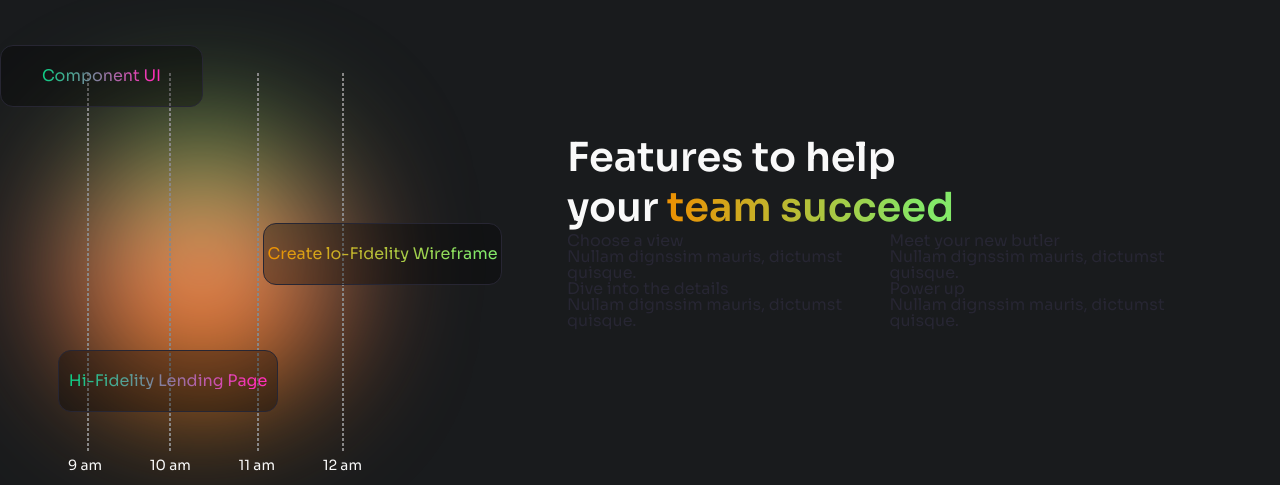
Repository: anhthiethumg/Task_Managerment_Website
Page: index.html
The author's editor kept a copy of each file at every save. The page is drawn from the files as they stood at one save, then again after a run of saves.
The browser window is 1280 px wide. The pictures show the part of the page from y = 2400 to 2885 px (the page is 2885 px tall).
A picture or video elsewhere on the page could not be fetched, so the positions and the page height are approximate.

Above is the page before, as saved 2023-07-31 09:07:35.

### index.html
<!DOCTYPE html>
<html lang="en">
  <head>
    <meta charset="UTF-8" />
    <meta name="viewport" content="width=device-width, initial-scale=1.0" />
    <title>Task Managerment Website</title>
    <!-- Reset Css -->
    <link rel="stylesheet" href="./assets/css/reset.css" />

    <!-- CSS -->
    <link rel="stylesheet" href="./assets/css/styles.css" />

    <!-- Embed Font-->

    <link rel="preconnect" href="https://fonts.googleapis.com" />
    <link rel="preconnect" href="https://fonts.gstatic.com" crossorigin />
    <link
      href="https://fonts.googleapis.com/css2?family=Sora:wght@400;600;700;800&display=swap"
      rel="stylesheet"
    />
  </head>
  <body>
    <!-- Header -->
    <section class="header">
      <div class="container">
        <navbar class="row nav">
          <img src="./assets/image/logo.svg" alt="Task." />
          <div class="nav-list">
            <a class="nav-item" href="#!">Home</a>
            <a class="nav-item" href="#!">Products</a>
            <a class="nav-item" href="#!">Guidlines</a>
            <a class="nav-item" href="#!">Guidlines</a>
          </div>
          <button class="btn nav-btn">Sign In</button>
        </navbar>
        <section class="hero">
          <div class="row hero__content">
            <div class="stacked-circles">
              <div class="circles"></div>
              <div class="circles"></div>
              <div class="circles"></div>
              <div class="circles"></div>
            </div>
            <div class="hero--content__heading">
              <h1 class="hero__heading">
                Make <span class="heading__liner">Management</span> Way More
                Easier Than Ever
              </h1>
              <p class="hero__desc section-desc">
                The online collaborative management platform to bring more
                efficiency and performace
              </p>
              <div class="hero-btn row">
                <button type="button" class="btn hero__btn">
                  Request Demo
                </button>
                <button type="button" class="btn hero__btn">Contact Us</button>
              </div>
            </div>
            <div class="stacked-circles">
              <div class="circles"></div>
              <div class="circles"></div>
              <div class="circles"></div>
              <div class="circles"></div>
            </div>
          </div>
          <section class="task-manager row">
            <sidebar class="sidebar">
              <div class="row sidebar__header">
                <img
                  src="./assets/icons/icon-sidebar.svg"
                  alt="icon-sidebar"
                  class="icon__sidebar"
                />
                <img
                  src="./assets/icons/dashboard-icon.svg"
                  alt="dashboard-icon"
                  class="dashboard-icon"
                />
                <h4 class="sidebar__heading">Dashboard</h4>
              </div>
              <div class="sidebar__list">
                <h4 class="sidebar__list--heading">Collections</h4>
                <div class="sidebar__list--item">
                  <h5 class="sidebar__item--content">School</h5>
                </div>
                <div class="sidebar__list--item">
                  <h5 class="sidebar__item--content">Personal</h5>
                </div>
              </div>
            </sidebar>
            <section class="task-manager__section">
              <div class="task__header row">
                <img src="./assets/icons/school.png" alt="Back" class="back" />
                <img
                  src="./assets/icons/contact us icon.png"
                  alt="Contact"
                  class="contact-us"
                />
              </div>
              <div class="task__content row">
                <div class="list--work">
                  <div class="list-sort">Sort</div>
                  <div class="work--item">Finish the Easay collaboration</div>
                  <div class="work--item">Do the math for next monday</div>
                  <div class="work--item">
                    Read the next chapter of the book
                  </div>
                  <div class="work--item">
                    Send the collabaration files to jerusha
                  </div>
                  <div class="work--item">
                    Finish the powerpoint presentation
                  </div>
                  <div class="work--item">Add task</div>
                </div>
                <div class="daily-task">
                  <div class="dailytask__heading">Daily task.</div>
                  <img
                    class="dailytask__img"
                    src="./assets/image/Rectangle 50.png"
                    alt="Daily task"
                  />
                </div>
              </div>
              <div class="card">
                <div class="card__heading">Collections</div>
                <div class="card__list">
                  <div class="card__item">
                    <div class="card__item--icon"></div>
                    <div class="card__item--content">
                      <h4 class="card__item--title">School</h4>
                      <p class="card__item--desc">4 task plus tomorrow.</p>
                    </div>
                  </div>
                  <div class="card__item">
                    <div class="card__item--icon"></div>
                    <div class="card__item--content">
                      <h4 class="card__item--title">Personal</h4>
                      <p class="card__item--desc">1 task plus today.</p>
                    </div>
                  </div>
                  <div class="card__item">
                    <div class="card__item--icon"></div>
                    <div class="card__item--content">
                      <h4 class="card__item--title">Design</h4>
                      <p class="card__item--desc">3 task plus rewt week.</p>
                    </div>
                  </div>
                </div>
              </div>
            </section>
          </section>
        </section>
      </div>
    </section>

    <!-- Main -->
    <main class="main">
      <div class="container">
        <!-- Services -->
        <section class="services">
          <div class="services__icon--list">
            <div class="services__icon--bg">
              <img
                src="./assets/icons/report.png"
                alt="Report"
                class="services__icon"
              />
            </div>
            <img src="./assets/icons/dash line-1.svg" alt="dash-line" />
            <div class="services__icon--bg">
              <img
                src="./assets/icons/server.png"
                alt="Server"
                class="services__icon"
              />
            </div>

            <img src="./assets/icons/dash line-1.svg" alt="dash-line" />
            <div class="services__icon--bg">
              <img
                src="./assets/icons/support.png"
                alt="Support"
                class="services__icon"
              />
            </div>
          </div>
          <div class="services__list row">
            <div class="services__items">
              <h3 class="services__heading">Structured Reports</h3>
              <p class="services__desc">
                Sed rhoncus sit sed tellus donec lorem lectus nunc, ornare
              </p>
            </div>
            <div class="services__items">
              <h3 class="services__heading">Cloud System</h3>
              <p class="services__desc">
                Sed rhoncus sit sed tellus donec lorem lectus nunc, ornare
              </p>
            </div>
            <div class="services__items">
              <h3 class="services__heading">24/7 Support</h3>
              <p class="services__desc">
                Sed rhoncus sit sed tellus donec lorem lectus nunc, ornare
              </p>
            </div>
          </div>
        </section>

        <!-- Static -->

        <section class="static row">
          <section class="static__content">
            <h2 class="static__heading section__heading">
              Okay, <span class="heading__liner">Let’s</span> see D’task in
              numbers
            </h2>
            <p class="static__desc section__desc">
              Powering a productive team means using a powerful tool (and plenty
              of snacks). From meetings and projects to events and goal setting,
              D'taak intuitive features give any team the ability to quickly set
              up and customize workflows for just about anything
            </p>
            <div class="static__dot row">
              <div class="dot"></div>
              <div class="dot"></div>
              <div class="dot"></div>
            </div>
            <div class="static__list row">
              <div class="static__item">
                <div class="static--item__number">12M</div>
                <div class="static--item__title">Support</div>
              </div>
              <div class="static__item">
                <div class="static--item__number">16</div>
                <div class="static--item__title">Active User</div>
              </div>
              <div class="static__item">
                <div class="static--item__number">7/24</div>
                <div class="static--item__title">Languages</div>
              </div>
            </div>
          </section>
          <div class="static__media">
            <img
              class="static--media__bg"
              src="./assets/image/static_background.svg"
              alt="background"
            />
            <div class="dash-shape"></div>
            <div class="dash-shape"></div>
            <div class="dash-shape"></div>
            <div class="dash-shape"></div>
            <!-- <div class="static--media__item row">
              <h3 class="static--media__title ">
                <span class="heading__liner">Online Support</span>
              </h3>
              <img class="static--media__icons" src = "./assets/icons/video-button.svg"/>
            </div>
            <div class="static--media__item row">
              <h3 class="static--media__title ">
                <span class="heading__liner">Exercitation</span>
              </h3>
              <img class="static--media__icons" src = "./assets/icons/Exercitation-icon.svg"/>
            </div>
            <div class="static--media__item row">
              <h3 class="static--media__title ">
                <span class="heading__liner">D’ task</span>
              </h3>
              <img class="static--media__icons" src = "./assets/icons/video-button.svg"/>
            </div>
            <div class="static--media__item row">
              <h3 class="static--media__title ">
                <span class="heading__liner">Design</span>
              </h3>
              <img class="static--media__icons" src = "./assets/icons/video-button.svg"/>
            </div> -->
          </div>
        </section>
      </div>
      <!-- Features -->
      <section class="features">
        <div class="container row">
          <div class="feature__meida">
            <div class="shape--blur"></div>
            <div class="block--line">
              <div class="dash--line">
                <div class="line"></div>
                <div class="dash-line__content">9 am</div>
              </div>
              <div class="dash--line">
                <div class="line"></div>
                <div class="dash-line__content">10 am</div>
              </div>
              <div class="dash--line">
                <div class="line"></div>
                <div class="dash-line__content">11 am</div>
              </div>
              <div class="dash--line">
                <div class="line"></div>
                <div class="dash-line__content">12 am</div>
              </div>
            </div>
            <div class="feature--btn">
              <div class="feature__btn btn">
                <span class="heading__liner"> Component UI </span>
              </div>
              <div class="feature__btn btn">
                <span class="heading__liner">
                  Create lo-Fidelity Wireframe
                </span>
              </div>
              <div class="feature__btn btn">
                <span class="heading__liner"> Hi-Fidelity Lending Page </span>
              </div>
            </div>
          </div>
          <div class="feature__content">
            <h2 class="section__heading feature__heading">
              Features to help your
              <span class="heading__liner"> team succeed </span>
            </h2>
            <div class="feature__list">
              <div class="feature__item">
                <h3 class="feature--item__title">Choose a view</h3>
                <p class="feature__desc">
                  Nullam dignssim mauris, dictumst quisque.
                </p>
              </div>
              <div class="feature__item">
                <h3 class="feature--item__title">Meet your new butler</h3>
                <p class="feature__desc">
                  Nullam dignssim mauris, dictumst quisque.
                </p>
              </div>
              <div class="feature__item">
                <h3 class="feature--item__title">Dive into the details</h3>
                <p class="feature__desc">
                  Nullam dignssim mauris, dictumst quisque.
                </p>
              </div>
              <div class="feature__item">
                <h3 class="feature--item__title">Power up</h3>
                <p class="feature__desc">
                  Nullam dignssim mauris, dictumst quisque.
                </p>
              </div>
            </div>
          </div>
        </div>
      </section>
    </main>
  </body>
</html>

### assets/css/styles.css
* {
  box-sizing: border-box;
}

html {
  font-size: 62.5%;
}

:root {
  color: var(--text-color-gray-2, #282c30);
  color: var(--text-color-white, #f9f9f9);
  color: var(
    --primary-color-leniar-color,
    linear-gradient(90deg, #eb9204 1.67%, #83e868 89.99%)
  );
  color: var(--primary-color-background, #131517);
  color: var(--text-color-dark-blue, #272633);
}

body {
  font-size: 1.6rem;
  font-family: "Sora", sans-serif;
  background: var(--primary-color-background, #131517);
}

/* Common */

a {
  text-decoration: none;
}

.container {
  width: 1144px;
  margin: 0 auto;
}

.row {
  display: flex;
}

.btn {
  width: 110px;
  height: 40px;
  border-radius: 8px;
  border: 1px solid var(--text-color-dark-blue, #272633);
  background: #131517;
  text-align: center;
}

.section__desc {
  color: var(--text-color-gray-1, #858b93);
  text-align: center;
  font-size: 1.6rem;
  font-weight: 400;
  line-height: 1.625;
}

.section__heading {
  color: var(--text-color-white, #f9f9f9);
  font-size: 4rem;
  font-weight: 600;
}
/* Header */

.header {
  margin-top: 40px;
  margin-bottom: 140px;
  padding-top: 10px;
}

/* Navbar */

.nav {
  justify-content: space-between;
  align-items: center;
  height: 40px;
  margin-bottom: 157px;
}

.nav-item {
  margin-right: 36px;
  color: var(--text-color-gray-1, #858b93);
  font-size: 1.6rem;
  font-weight: 400;
  line-height: 1.5;
}

.nav-item:hover {
  color: var(--text-color-white, #f9f9f9);
  text-decoration: underline;
}

.nav-btn {
  background: var(
    --primary-color-leniar-color,
    linear-gradient(90deg, #eb9204 1.67%, #83e868 89.99%)
  );
  background-clip: text;
  -webkit-background-clip: text;
  -webkit-text-fill-color: transparent;
  font-size: 1.6rem;
  font-weight: 400;
  line-height: 1.5;
}

/* hero-content */
.hero__content {
  padding: 0 25px;
  justify-content: space-between;
}
.hero__heading {
  margin: 0 auto 34px;
  width: 783px;
  color: var(--text-color-white, #f9f9f9);
  text-align: center;
  font-size: 6rem;
  font-weight: 700;
  line-height: 1.17;
}

.heading__liner {
  background: var(
    --primary-color-leniar-color,
    linear-gradient(90deg, #eb9204 1.67%, #83e868 89.99%)
  );
  background-clip: text;
  -webkit-background-clip: text;
  -webkit-text-fill-color: transparent;
}

.hero__desc {
  width: 447px;
  margin: 0 auto 44px;
}

.hero-btn {
  justify-content: center;
  gap: 30px;
}

.hero__btn {
  margin-bottom: 111px;
  width: 199px;
  height: 54px;
  color: var(--text-color-white, #f9f9f9);
  font-size: 1.6rem;
  font-weight: 400;
  line-height: 1.625;
}

.hero__btn:hover {
  background: var(
    --primary-color-leniar-color,
    linear-gradient(90deg, #eb9204 1.67%, #83e868 89.99%)
  );
}

/* hero circle */

.stacked-circles {
  display: flex;
  flex-direction: column;
  align-items: center;
  margin-top: -75px;
}

.circles {
  fill: linear-gradient(180deg, #111118 4.96%, rgba(43, 43, 61, 0) 100%);
  box-shadow: 0px 39px 31px 0px #313141 inset;
  border-radius: 50%;
}
.circles:first-child {
  width: 121px;
  height: 121px;
  margin-bottom: 41px;
}

.circles:nth-child(2) {
  width: 39px;
  height: 39px;
  margin-bottom: 36px;
}

.circles:nth-child(3) {
  width: 25px;
  height: 25px;
  margin-bottom: 39px;
}

.circles:last-child {
  width: 14px;
  height: 14px;
  flex-shrink: 0;
}

/* task manager */

.task-manager {
  width: 848px;
  height: 366px;
  border-radius: 8px 8px 0px 0px;
  background: #1f2326;
  margin-left: 180px;
}

.sidebar {
  padding: 18px 0 0 16px;
}

.sidebar__header {
  width: 192px;
  height: 39px;
  align-items: center;
}

.icon__sidebar {
  width: 9px;
  height: 9px;
  margin-right: 25px;
}

.dashboard-icon {
  width: 13px;
  height: 11px;
  margin-right: 17px;
}

.sidebar__heading {
  color: #98989c;
  font-size: 1.4rem;
  font-weight: 600;
}

.sidebar__list--heading {
  margin: 15px 0 15px;
  color: var(--text-color-white, #f9f9f9);
  font-size: 1.4rem;
  font-weight: 600;
}

.sidebar__list--item {
  width: 192px;
  height: 39px;
  display: flex;
  align-items: center;
}

.sidebar__list--item:hover {
  background: #2b2d2f;
}
.sidebar__item--content {
  color: var(--text-color-gray-1, #858b93);
  font-size: 1.2rem;
  font-weight: 600;
  opacity: 0.6000000238418579;
  display: flex;
  align-items: center;
}

.sidebar__item--content::before {
  display: inline-block;
  content: " ";
  width: 17px;
  height: 17px;
  border-radius: 5px;
  background: #ae8ff9;
  margin-right: 10px;
}

.task-manager__section {
  position: relative;
  margin-top: 28px;
  margin-right: 15px;
  background: #0d1012;
  width: 100%;
  padding: 30px;
}

.task__header {
  margin-left: 140px;
  justify-content: space-between;
}

.list--work {
  width: 362px;
  margin-right: 52px;
}

.list-sort {
  color: #838386;
  font-size: 1.2rem;
  font-weight: 400;
  text-align: right;
  height: 30px;
}

.list-sort::before {
  display: inline-block;
  content: " ";
  width: 10px;
  height: 5px;
  border-radius: 5px;
  margin-right: 10px;
  background-image: url(../icons/sort.svg);
  margin-left: 10px;
}
.work--item {
  display: flex;
  align-items: center;
  margin-bottom: 10px;
  width: 100%;
  height: 30px;
  border-radius: 10px;
  background: #14181b;
  color: #9ea1a7;
  font-size: 1rem;
  font-weight: 300;
}

.work--item:before {
  display: inline-block;
  content: " ";
  width: 14px;
  height: 14px;
  border-radius: 5px;
  margin-right: 10px;
  background-image: url(../icons/check.svg);
  margin-left: 10px;
}

.work--item:last-child:before {
  background-image: url(../icons/add.svg);
}

.dailytask__heading {
  color: var(--text-color-white, #f9f9f9);
  font-size: 1.4rem;
  font-weight: 400;
  margin-bottom: 20px;
}

.dailytask__img {
  width: 167px;
  height: 218px;
  flex-shrink: 0;
  border-radius: 17px;
  background: rgba(13, 16, 18, 0.24);
}

.card {
  position: absolute;
  width: 216px;
  height: 335px;
  border-radius: 15px 15px 22px 22px;
  background: #0d1012;
  padding: 26px 15px;
  left: -295px;
  top: 150px;
}

.card__heading {
  color: #f9f9f9;
  font-size: 1.4rem;
  font-weight: 600;
  margin-left: 10px;
  margin-bottom: 21px;
}

.card__item {
  display: flex;
  align-items: center;
  width: 188px;
  height: 78px;
  border-radius: 13px;
  background: #14181b;
  margin-bottom: 8px;
}
.card__item--icon {
  width: 33px;
  height: 33px;
  border-radius: 12px;
  margin: 12px;
}

.card__item:first-child .card__item--icon {
  background: var(--primary-color-dark-orange, #ff7667);
}

.card__item:nth-child(2) .card__item--icon {
  background: var(--primary-color-blue, #ae8ff9);
}

.card__item:last-child .card__item--icon {
  background: var(--primary-color-green, #0cce84);
}

.card__item--title {
  color: #fff;
  font-size: 1.4rem;
  font-weight: 600;
  margin-bottom: 3px;
}

.card__item--desc {
  color: var(--text-color-gray-1, #858b93);
  font-size: 1rem;
  font-weight: 400;
}

/* services */

.services {
  padding: 41px 50px 53px 50px;
  margin-top: 286px;
  margin-bottom: 140px;
  width: 1096px;
  height: 331px;
  border-radius: 27px;
  background: var(--text-color-gray-2, #282c30);
}

.services__icon--list {
  display: flex;
  align-items: center;
  justify-content: space-around;
  margin: 30px 50px;
}

.services__icon--bg {
  background: var(--primary-color-green, #0cce84);
  width: 62px;
  height: 62px;
  border-radius: 50%;
  display: flex;
  align-items: center;
  justify-content: center;
}

.services__icon--bg:nth-child(2) {
  background: var(--primary-color-dark-yellow, #ef8f00);
}

.services__icon--bg:last-child {
  background: var(--primary-color-blue, #ae8ff9);
}
.services__icon {
  width: 32px;
  height: 32px;
}

.services__list {
  justify-content: space-between;
}

.services__items {
  width: 238px;
  text-align: center;
}

.services__heading {
  color: var(--text-color-white, #f9f9f9);
  font-size: 2.2rem;
  font-weight: 600;
  line-height: 1.45;
}

.services__desc {
  color: #858b93;
  font-size: 1.6rem;
  font-weight: 400;
  line-height: 1.625;
}

/* Static */
.static__content {
  width: 537px;
  margin-bottom: 140px;
}
.static__heading {
  width: 368px;
  margin-bottom: 22px;
}

.static__desc {
  width: 537px;
  height: 106px;
  text-align: left;
  margin-bottom: 86px;
}

.static__dot {
  gap: 6px;
  justify-content: center;
  margin-bottom: 28px;
  margin-left: -105px;
}
.dot {
  width: 6px;
  height: 6px;
  border-radius: 50%;
  background: #838386;
}

.dot:nth-child(2) {
  background: #ef8f00;
}

.static__list {
  gap: 17px;
}
.static__item {
  text-align: center;
  padding-top: 21px;
  width: 132px;
  height: 127px;
  border-radius: 9px;
  background: var(--text-color-dark-blue, #272633);
}

.static__item:nth-child(odd) {
  margin-top: -30px;
}

.static__item:nth-child(2) {
  background: linear-gradient(
    191deg,
    #c4f566 7.35%,
    #ae8ef9 28.41%,
    #ef8f00 60.81%,
    #61e559 100%
  );
}

.static__item:nth-child(2) .static--item__title {
  color: var(--text-color-white, #f9f9f9);
}
.static--item__number {
  color: var(--text-color-white, #f9f9f9);
  font-size: 3rem;
  font-weight: 600;
  margin-bottom: 16px;
}

.static--item__title {
  color: var(--text-color-gray-1, #858b93);
  font-size: 1.6rem;
  font-weight: 400;
  line-height: 1.625;
}

.static__media {
  position: relative;
}

.static--media__bg {
  position: absolute;
}
.dash-shape {
  position: absolute;
  width: 455px;
  height: 455px;
  border-radius: 455px;
  border: 2px dashed #2f2f2f;
  top: 50px;
  left: 50px;
}

.dash-shape:nth-child(2) {
  width: 336px;
  height: 336px;
  top: 110px;
  left: 110px;
}

.dash-shape:nth-child(3) {
  width: 209px;
  height: 209px;
  background: #6aea5c;
  opacity: 0.5;
  border: 2px solid #6aea5c;
  top: 170px;
  left: 170px;
}

.dash-shape:nth-child(4) {
  width: 137px;
  height: 137px;
  background: #6aea5c;
  border: 2px solid #6aea5c;
  top: 205px;
  left: 205px;
}
/*
.static--media__item {
  position: absolute;
  justify-content: space-between;
  align-items: center;
  width: 225px;
  height: 61px;
  border-radius: 5px;
  background: #27292c;
  padding: 20px;

}

.static--media__item:nth-child(1) {
  top: 50px;
  left: 150px;
}
.static--media__item:nth-child(2) {
  top: 450px;
  left: 150px;
}
.static--media__item:nth-child(3) {
  top: 150px;
  left: 10px;
}
.static--media__item:nth-child(4) {
  top: 150px;
  left: 150px;
} */

/* Feature */
.features {
  background: #191b1d;
  padding: 153px 0 85px 0;
}

.feature__meida {
  position: relative;
  margin-right: 232px;
}
.shape--blur {
  width: 267px;
  height: 267px;
  border-radius: 267px;
  background: linear-gradient(180deg, #6aea5c 0%, #fd7566 48.53%, #ef8f00 100%);
  filter: blur(66px);
}

.block--line {
  position: absolute;
  top: -60px;
  width: 294px;
  height: 378px;
  display: flex;
  justify-content: space-between;
}

.line {
  height: 100%;
  width: 1px;
  border: 1px dashed #888787;
  align-items: center;
  margin-left: 19px;
  margin-bottom: 7px;
}

.dash-line__content {
  color: #f9f9f9;
  font-size: 1.4rem;
  font-weight: 400;
}

.feature--btn {
  position: relative;
}

.feature__btn {
  position: absolute;
  border-radius: 13px;
  height: 62px;
  background: rgba(0, 0, 0, 0.32);
  display: flex;
  justify-content: center;
  align-items: center;
}

.feature__btn:nth-child(1) {
  top: -355px;
  left: -68px;
  width: 203px;
}

.feature__btn:nth-child(2) {
  width: 239px;
  top: -177px;
  left: 195px;
}
.feature__btn:nth-child(3) {
  width: 220px;
  top: -50px;
  left: -10px;
}

.feature__btn:nth-child(1) .heading__liner, .feature__btn:nth-child(3) .heading__liner {
  background: linear-gradient(90deg, #0cce84 0%, #ff2eb8 94.43%);
  background-clip: text;
  -webkit-background-clip: text;
  -webkit-text-fill-color: transparent;
}

.feature__heading {
  width: 399px;
  line-height: 1.25;
}

.feature__list {
  display: grid;
  grid-template-columns: 1fr 1fr;
}

Loaded but not shown: assets/css/reset.css (common file)

After the next 2 saves:
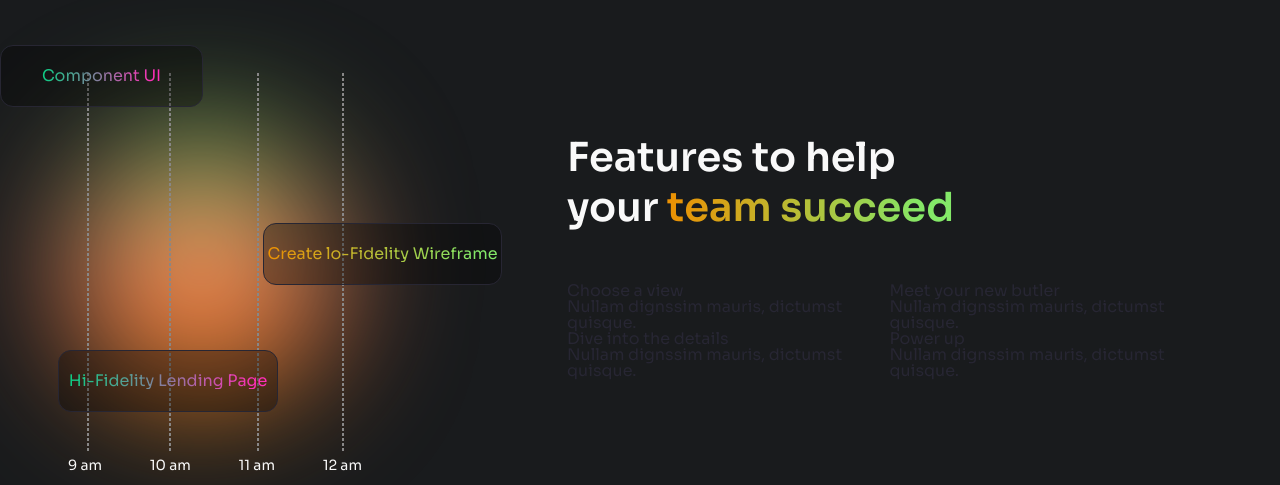
The 2 saves are shown as one change because they came seconds apart.
The last was saved 14 s later.
--- a/assets/css/styles.css
+++ b/assets/css/styles.css
@@ -705,6 +705,9 @@ a {
   line-height: 1.25;
 }
 
+.feature__heading {
+  margin-bottom: 50px;
+}
 .feature__list {
   display: grid;
   grid-template-columns: 1fr 1fr;
